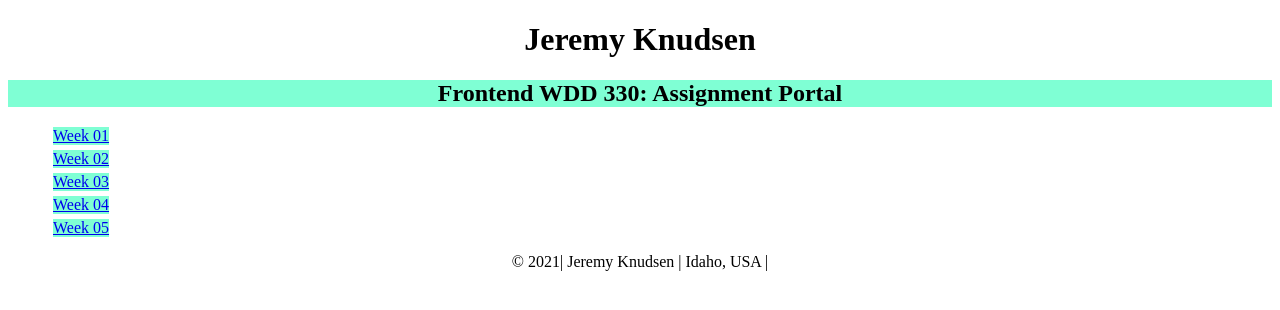
Repository: jknudsen97/WDD-330-Portfolio
Page: index.html
The author's editor kept a copy of each file at every save. The page is drawn from the files as they stood at one save, then again after the next save.
The browser window is 1280 px wide. The pictures show the whole page.

Above is the page before, as saved 2021-10-20 19:27:10.

### index.html
<!DOCTYPE html>
<html lang="en-US">
  <head>
    <meta charset="UTF-8" />
    <meta http-equiv="X-UA-Compatible" content="IE=edge" />
    <meta name="viewport" content="width=device-width, initial-scale=1.0" />
    <meta name="author" content="Jeremy Knudsen" />
    <script src="js/main.js" defer></script>
    <script src="js/script.js" defer></script>
    <link rel="stylesheet" href="css/style.css">
    <link rel="preconnect" href="https://fonts.googleapis.com" />
    <link rel="apple-touch-icon" sizes="180x180" href="/apple-touch-icon.png" />
    <link rel="icon" type="image/png" sizes="32x32" href="/favicon-32x32.png" />
    <link rel="icon" type="image/png" sizes="16x16" href="/favicon-16x16.png" />
    <link rel="mask-icon" href="/safari-pinned-tab.svg" color="#5bbad5" />
    <meta name="msapplication-TileColor" content="#da532c" />
    <meta name="theme-color" content="#ffffff" />
    <link rel="shortcut icon" href="/favicon.ico" />

    <title>Jeremy Knudsen Web Frontend 2: WDD330</title>
  </head>
  <body>
    <main>
      <header>
        <h1 class="nametitle">Jeremy Knudsen</h1>
      </header>

      <h2 class="assignmentheader">Frontend WDD 330: Assignment Portal</h2>
      <div id="assignments"></div>
      <footer>
        &copy; <span id="currentyear"></span>| Jeremy Knudsen | Idaho, USA |
      </footer>
    </main>
  </body>
</html>

### js/main.js
const requestLinks = "json/main.json";

fetch(requestLinks)
.then(function (response) {
  return response.json();
})
.then(function (jsObject){
  const weeks = jsObject['assignments'];
  console.log(weeks);

  let block = document.createElement('div');
  let ulList = document.createElement('ul');

  weeks.forEach( week => {
    let li = document.createElement('li');
    let a = document.createElement('a');
    a.setAttribute('href', week.url);
    a.textContent = week.label;
    li.append(a);
    ulList.append(li);
  })
  block.append(ulList)
  document.querySelector('#assignments').append(block);
})

### js/script.js
const date = new Date();
const options = {
      weekday: "long",
      month: "long",
      day: "numeric",
      year: "numeric",
    };
document.querySelector("#currentyear").innerHTML
= date.getFullYear();

### css/style.css
main{
    text-align: center;
}

.assignmentheader{
    background-color: aquamarine;
}

ul{
    list-style-type: none;
}

li{
    width: fit-content;
    border: 2px;
    margin: 5px;
    background-color: aquamarine;
}

li:hover{
    background-color: white;
}

### json/main.json
{
    "assignments": [

       {
          "label": "Week 01",
          "url": "week1/teamactivity.html"
       },

       {
        "label": "Week 02",
        "url": "week2/teamactivity.html"
       },

       {
         "label": "Week 03",
         "url": "week3/teamactivity.html"
      },

      {
         "label": "Week 04",
         "url": "week4/teamactivity.html"
      },

      {
         "label": "Week 05",
         "url": "week5/teamactivity.html"
      }

    ]
 }

After the next save:
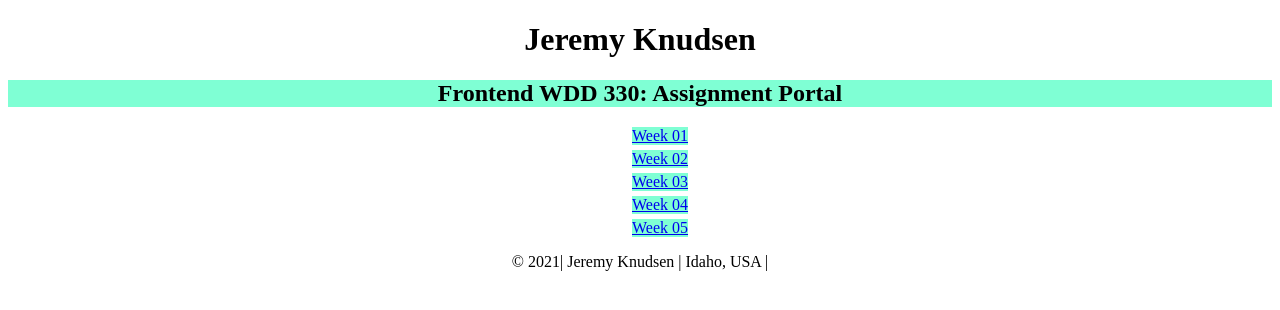
Saved 51 s later.
--- a/css/style.css
+++ b/css/style.css
@@ -14,9 +14,13 @@ li{
     width: fit-content;
     border: 2px;
     margin: 5px;
+    color: black;
+    margin-left: auto;
+    margin-right: auto;
     background-color: aquamarine;
 }
 
 li:hover{
+    color: black;
     background-color: white;
 }
